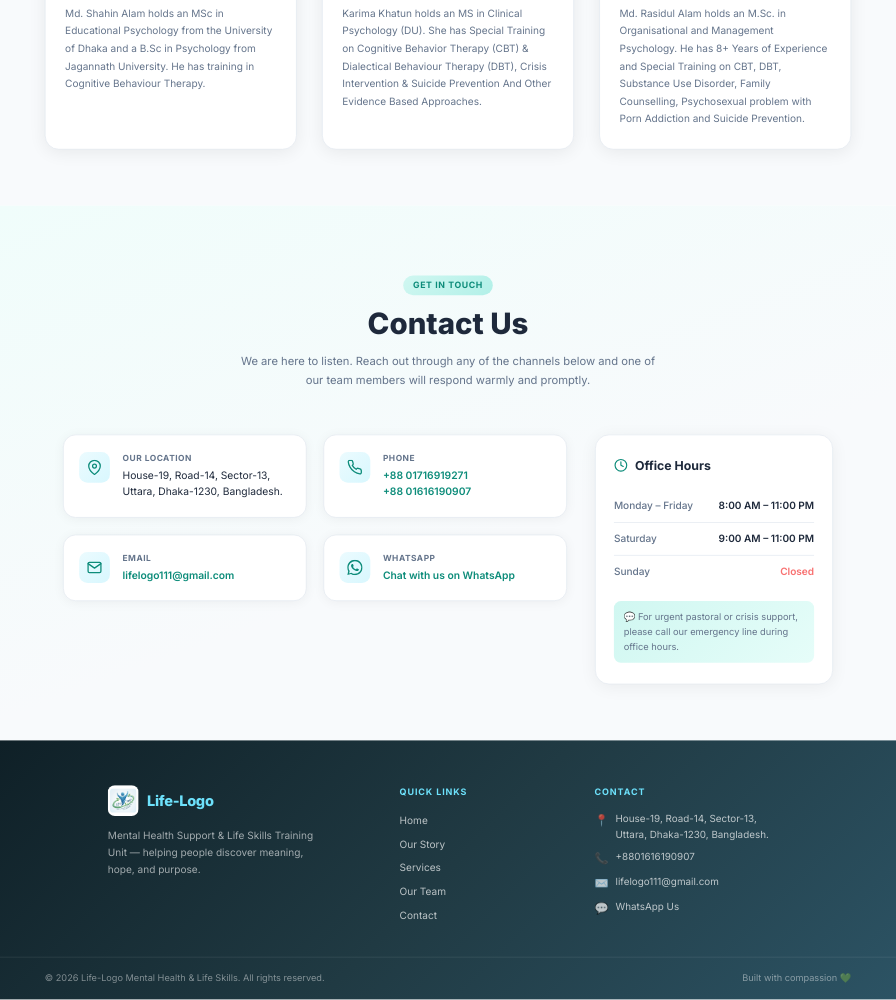
Repository: Tan47s/Lifelogo
Page: /
The author's editor kept a copy of each file at every save. The page is drawn from the files as they stood at one save, then again after the next save.
The browser window is 1280 px wide. The pictures show the part of the page from y = 3534 to 5454 px (the page is 4962 px tall before and 5584 px after), at 70% of full size.
The project was rebuilt for these pictures with package versions that can differ from the ones it lists, and the page was loaded fresh each time. Also part of the build but not shown: vite.config.js.

Above is the page before, as saved 2026-08-11 11:10:50.

After the next save:
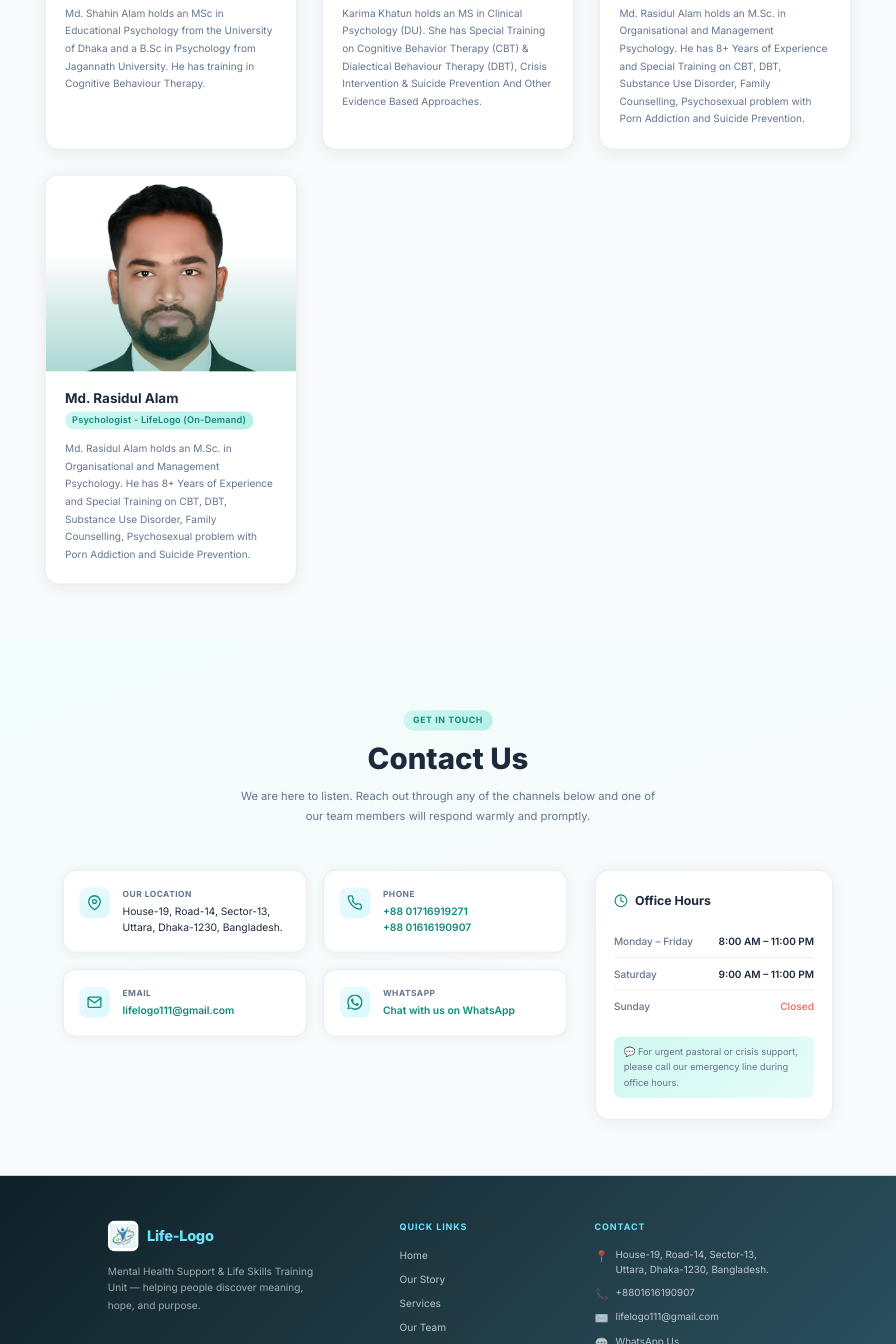
Saved 10 days later.
--- a/src/comp/Counsellors.jsx
+++ b/src/comp/Counsellors.jsx
@@ -44,6 +44,12 @@ const counsellors = [
     role: 'Psychologist - LifeLogo (On-Demand)',
     bio: 'Md. Rasidul Alam holds an M.Sc. in Organisational and Management Psychology. He has 8+ Years of Experience and Special Training on CBT, DBT, Substance Use Disorder, Family Counselling, Psychosexual problem with Porn Addiction and Suicide Prevention.',
   },
+    {
+    img: c6,
+    name: 'Md. Rasidul Alam',
+    role: 'Psychologist - LifeLogo (On-Demand)',
+    bio: 'Md. Rasidul Alam holds an M.Sc. in Organisational and Management Psychology. He has 8+ Years of Experience and Special Training on CBT, DBT, Substance Use Disorder, Family Counselling, Psychosexual problem with Porn Addiction and Suicide Prevention.',
+  },
 ]
 
 export const Counsellors = () => {
